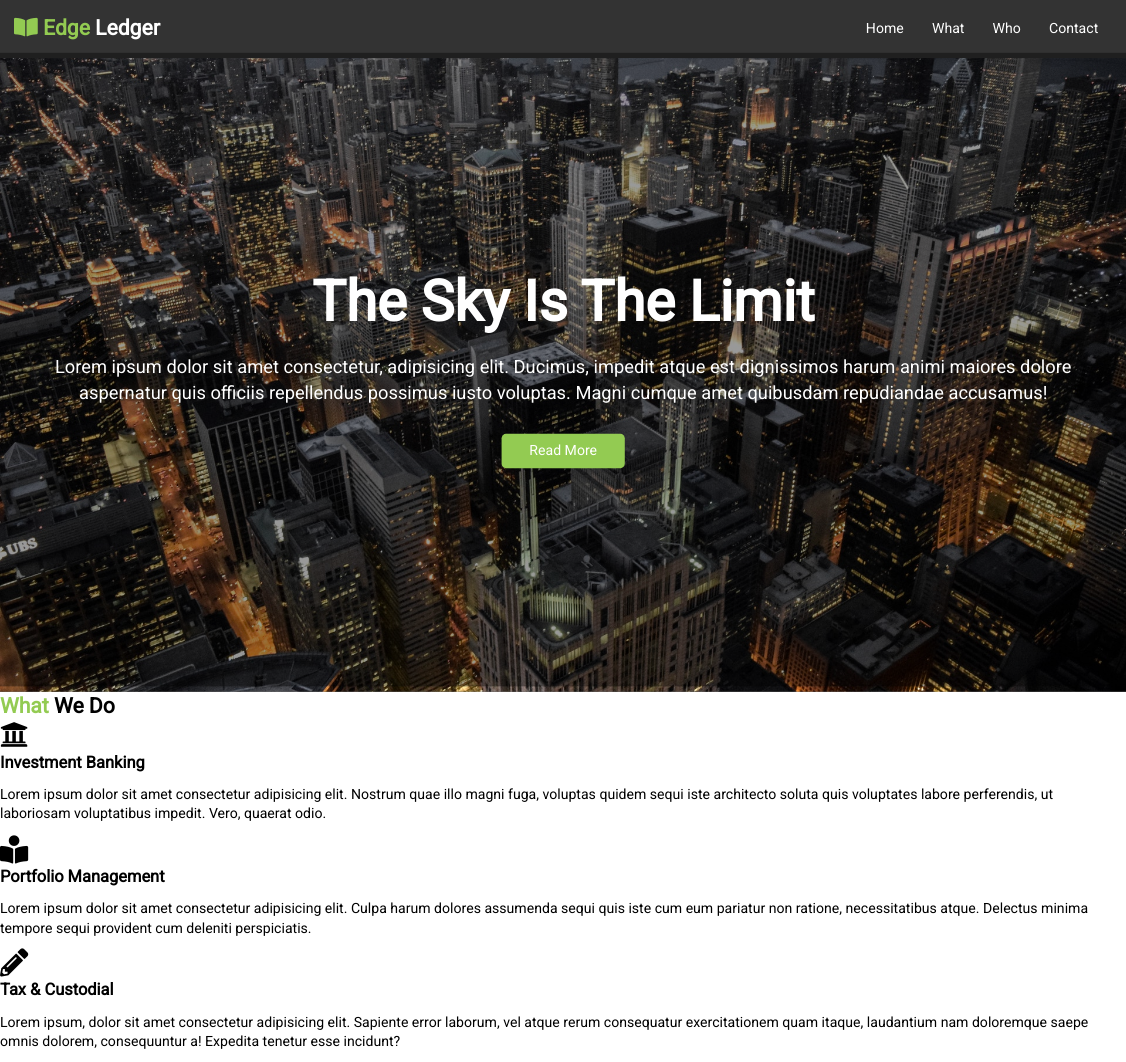
Repository: minhtien9/EdgeLedger-Financial-Web
Page: index.html
An editor plug-in stored every save of this project. The page is shown before and after the next save, followed by the edit.
The browser window is 1280 px wide. The pictures show the whole page, at 88% of full size.

Above is the page before, as saved 2021-08-16 22:12:10.

After the next save:
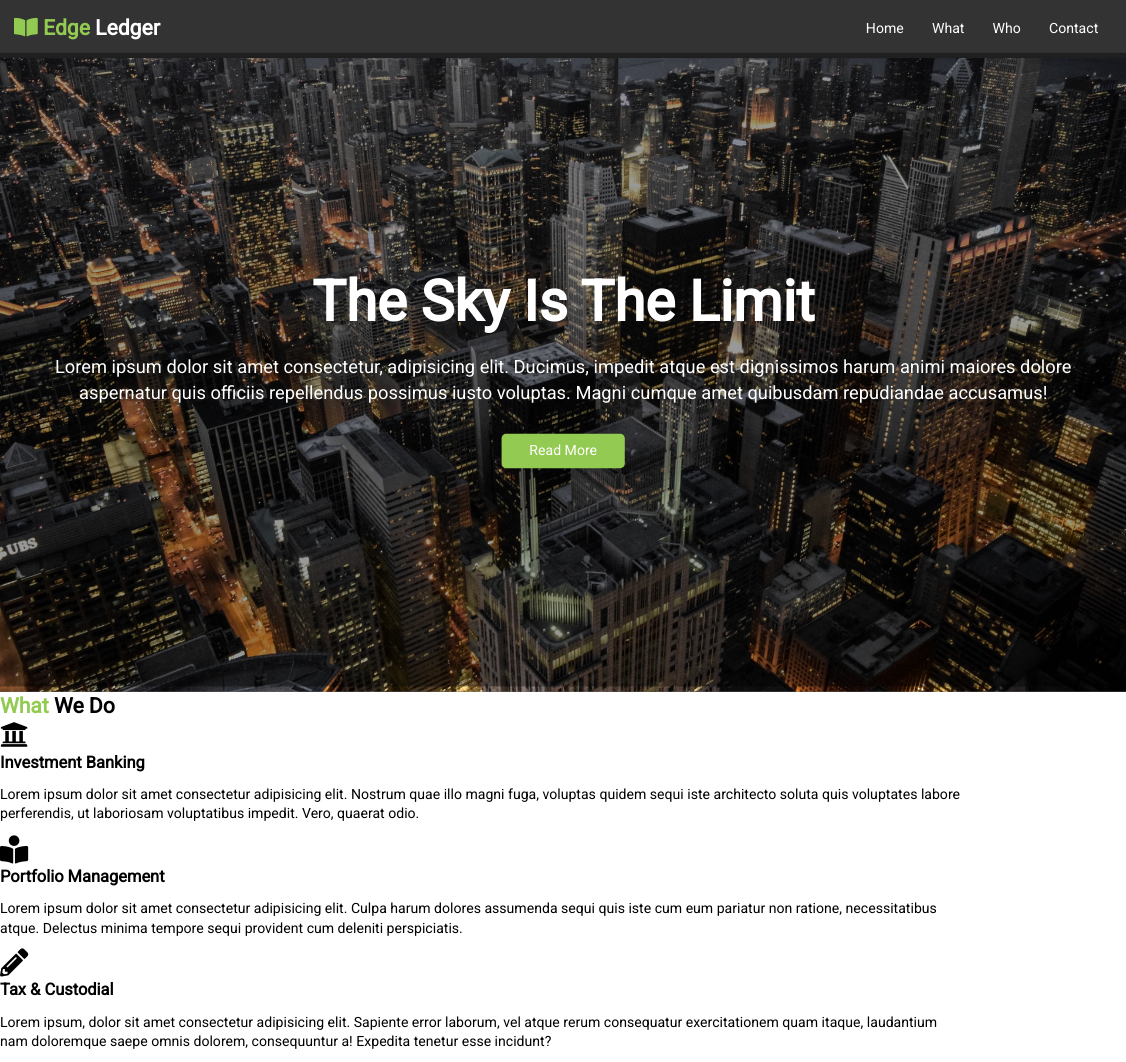
Saved 41 s later.
--- a/css/style.css
+++ b/css/style.css
@@ -20,6 +20,10 @@
 
 
 /* Utility Classes */
+
+.container {
+    max-width: 1100px;
+}
 
 .text-primary {
     color: #93cb52;
